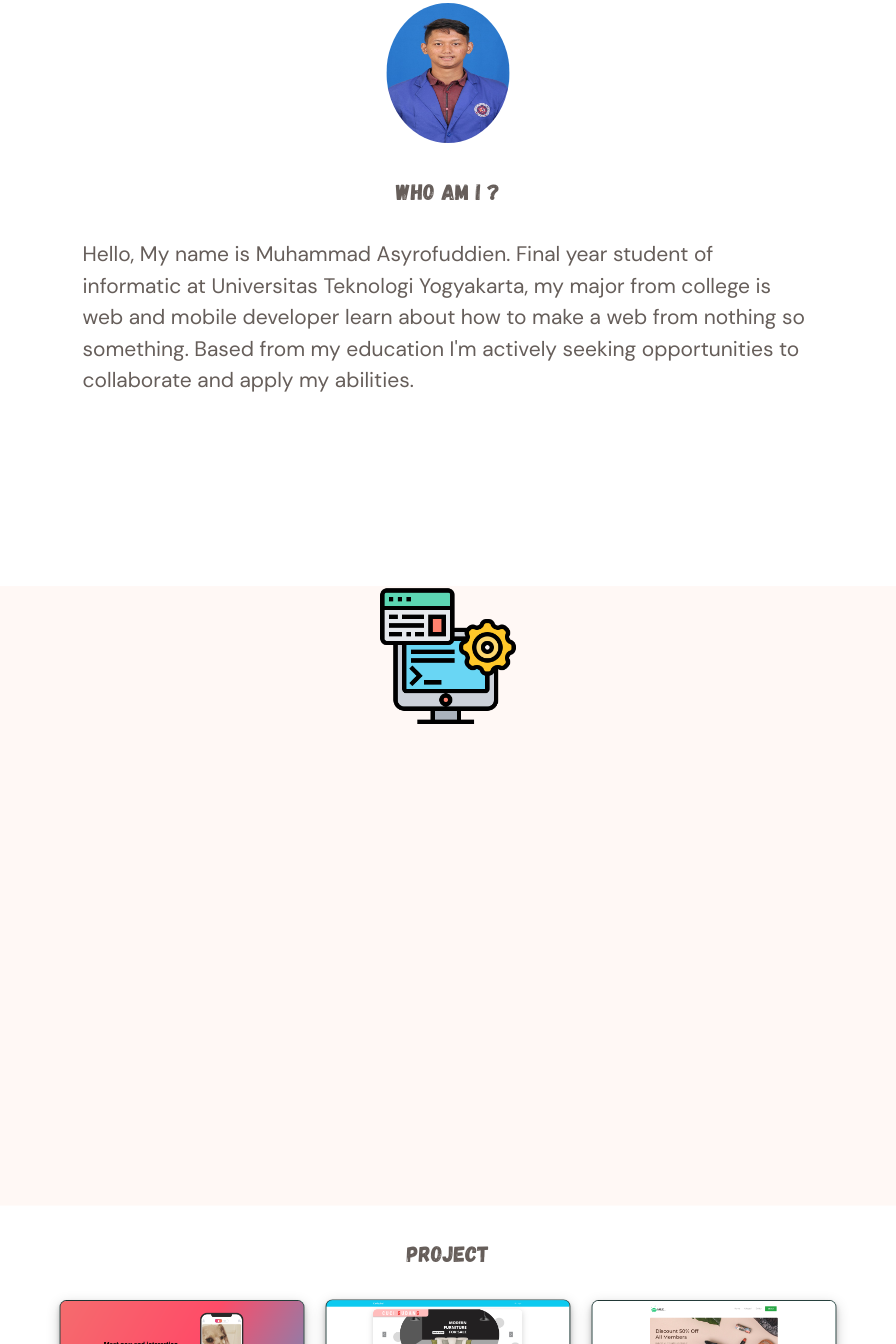
Repository: zetta-muhammad-asyrofuddien/Html-Css-ZettaCAmp
Page: Day1/Portofolio/index.html
The author's editor kept a copy of each file at every save. The page is drawn from the files as they stood at one save, then again after the next save.
The browser window is 1280 px wide. The pictures show the part of the page from y = 976 to 2896 px (the page is 3583 px tall), at 70% of full size.

Above is the page before, as saved 2023-07-07 04:26:10.

### Day1/Portofolio/index.html
<!DOCTYPE html>
<html lang="en">
  <head>
    <meta charset="utf-8" />
    <meta name="viewport" content="width=device-width, initial-scale=1" />
    <title>Portofolio Asyrof</title>
    <link href="https://cdn.jsdelivr.net/npm/bootstrap@5.2.3/dist/css/bootstrap.min.css" rel="stylesheet" integrity="sha384-rbsA2VBKQhggwzxH7pPCaAqO46MgnOM80zW1RWuH61DGLwZJEdK2Kadq2F9CUG65" crossorigin="anonymous" />
    <link rel="stylesheet" href="https://cdn.jsdelivr.net/npm/bootstrap@4.6.2/dist/css/bootstrap.min.css" integrity="sha384-xOolHFLEh07PJGoPkLv1IbcEPTNtaed2xpHsD9ESMhqIYd0nLMwNLD69Npy4HI+N" crossorigin="anonymous" />
    <link rel="stylesheet" type="text/css" href="./syle.css" />
  </head>
  <body>
    <!-- NAVBAR -->
    <section class="N">
      <div class="container">
        <nav class="navbar navbar-expand-lg navbar-light fixed-top navbar-about">
          <div class="container-fluid">
            <button class="navbar-toggler" type="button" data-bs-toggle="collapse" data-bs-target="#navbarNav" aria-controls="navbarNav" aria-expanded="false" aria-label="Toggle navigation">
              <span class="navbar-toggler-icon"></span>
            </button>
            <div class="collapse navbar-collapse" id="navbarNav">
              <ul class="navbar-nav mx-auto">
                <li class="nav-item">
                  <a class="nav-link" aria-current="page" href="#about">A b o u t</a>
                </li>
                <li class="nav-item">
                  <a class="nav-link" href="#skill">S K I L L S</a>
                </li>
                <li class="nav-item">
                  <a class="nav-link" href="#project">P r o j e c t</a>
                </li>
                <li class="nav-item">
                  <a class="nav-link" href="#">C o n t a c t</a>
                </li>
              </ul>
            </div>
          </div>
        </nav>
      </div>
    </section>

    <!-- Akhir Navbar -->

    <!-- Jumbotron -->
    <div class="jumbotron jumbotron-fluid text-align-center">
      <div class="container">
        <h1 class="display-3 nama">I'm Asyrofuddien</h1>
        <p class="lead job">Web Developer & UI/UX Desainer.</p>
        <a class="btn btn-primary see" href="#about">YOU CAN SEE ME</a>
      </div>
    </div>
    <!-- Akhir Jumbotron -->

    <!-- About -->
    <section id="about">
      <div class="container mb-5 py-auto about">
        <div class="d-flex align-items-center about-kanan text-center">
          <div class="row align-items-center">
            <img class="foto" src="./asset/img/foto.jpeg" alt="" />
            <h2 class="mb-5" style="color: #665e5a">WHO AM I ?</h2>
            <p class="deskripsi-saya px-5 text-left">
              Hello, My name is Muhammad Asyrofuddien. Final year student of informatic at Universitas Teknologi Yogyakarta, my major from college is web and mobile developer learn about how to make a web from nothing so something. Based
              from my education I'm actively seeking opportunities to collaborate and apply my abilities.
            </p>
          </div>
        </div>
      </div>
    </section>
    <!-- Akhir About -->
    <!-- Skill -->
    <section class="skill" id="skill">
      <div class="container d-flex justify-content-center mt-5">
        <img src="./asset/img/skill.png" alt="" width="200px" height="200px" />
      </div>
    </section>
    <!-- Akhir Skill -->
    <!-- Project -->
    <section class="project" id="project">
      <h2 class="text-center pt-5">Project</h2>
      <div class="container mt-5">
        <div class="row">
          <div class="col-4 d-flex align-items-center">
            <div class="card text-bg-dark" style="height: auto">
              <a href="https://asyrofuddien.github.io/capstone-ThinDog/">
                <span class="circle"></span>
                <img src="./asset/img/thindog.png" class="card-img" alt="..." />
                <div class="card-img-overlay text-center d-flex align-items-center">
                  <p class="card-text">Capstone Project Form Udemy</p>
                </div>
              </a>
            </div>
          </div>
          <div class="col-4 d-flex align-items-center">
            <div class="card text-bg-dark" style="height: auto">
              <a href="http://127.0.0.1:8000">
                <span class="circle"></span>
                <img src="./asset/img/Kameubel1.png" class="card-img" alt="..." />
                <div class="card-img-overlay text-center d-flex align-items-center">
                  <p class="card-text">K A M E U B E L (Seminar Tematik)</p>
                </div>
              </a>
            </div>
          </div>
          <div class="col-4 d-flex align-items-center">
            <div class="card text-bg-dark" style="height: auto">
              <a href="http://127.0.0.1:8000">
                <span class="circle"></span>
                <img src="./asset/img/kameubel2.png" class="card-img" alt="..." />
                <div class="card-img-overlay text-center d-flex align-items-center">
                  <p class="card-text">K A M E U B E L (Tugas Akhir)</p>
                </div>
              </a>
            </div>
          </div>
        </div>
        <div class="row mt-5">
          <div class="col-4 d-flex align-items-center"></div>
          <div class="col-4 d-flex align-items-center">
            <div class="card text-bg-dark" style="height: auto">
              <a href="https://asyrofuddien.github.io/capstone-ThinDog/"><span class="circle"></span></a>
              <span class="commingsoon text-center">...</span>
              <div class="card-img-overlay text-center d-flex align-items-center">
                <p class="card-text">COMING SOON</p>
              </div>
            </div>
          </div>
          <div class="col-4 d-flex align-items-center"></div>
        </div>
      </div>
    </section>
    <!-- Akhir Project -->
    <script src="https://cdn.jsdelivr.net/npm/@popperjs/core@2.11.6/dist/umd/popper.min.js" integrity="sha384-oBqDVmMz9ATKxIep9tiCxS/Z9fNfEXiDAYTujMAeBAsjFuCZSmKbSSUnQlmh/jp3" crossorigin="anonymous"></script>
    <script src="https://cdn.jsdelivr.net/npm/bootstrap@5.2.3/dist/js/bootstrap.min.js" integrity="sha384-cuYeSxntonz0PPNlHhBs68uyIAVpIIOZZ5JqeqvYYIcEL727kskC66kF92t6Xl2V" crossorigin="anonymous"></script>
  </body>
</html>
<script>
  // Menangani peristiwa klik pada menu navbar
  document.addEventListener('DOMContentLoaded', function () {
    const navLinks = document.querySelectorAll('.navbar-nav .nav-link');

    navLinks.forEach(function (navLink) {
      navLink.addEventListener('click', function (event) {
        event.preventDefault();

        const targetId = this.getAttribute('href'); // Mendapatkan ID target dari atribut href
        const targetSection = document.querySelector(targetId); // Mendapatkan elemen target dengan ID yang sesuai

        if (targetSection) {
          // Menggulirkan halaman ke bagian yang sesuai dengan animasi smooth scroll
          window.scrollTo({
            top: targetSection.offsetTop,
            behavior: 'smooth',
          });
        }
      });
    });
  });
  document.addEventListener('DOMContentLoaded', function () {
    const navbar = document.querySelector('.navbar');
    const aboutSection = document.querySelector('#about');
    const aboutSectionTop = aboutSection.offsetTop;

    function handleScroll() {
      if (window.pageYOffset >= aboutSectionTop) {
        navbar.classList.add('navbar-about');
      } else {
        navbar.classList.remove('navbar-about');
      }
    }

    window.addEventListener('scroll', handleScroll);
  });
</script>

### Day1/Portofolio/syle.css
@font-face {
  font-family: Gagalin;
  src: url(./asset/font/Gagalin-Regular.otf);
}
@font-face {
  font-family: Shrikhand;
  src: url(./asset/font/Shrikhand-Regular.ttf);
}
@font-face {
  font-family: dmSans;
  src: url(./asset/font/DMSans-Regular.ttf);
}
/* UMUM */
.navbar-about {
  background-color: #cf9378 !important;
  margin-bottom: 0;
  box-shadow: 0 4px 8px 0 rgba(0, 0, 0, 0.2), 0 6px 20px 0 rgba(0, 0, 0, 0.19);
  transition: background-color 0.3s ease;
  border-radius: 0 0 20px 20px;
}

.navbar-brand {
  font-family: Gagalin;
}
.navbar {
  border: none;
}
.nav-link {
  font-family: Gagalin;
  color: white;
  margin-right: 20px;
}

.jumbotron {
  background-image: url(./asset/img/wave.svg);
  background-size: cover;
  height: 885px;
  margin-top: -5px;
  margin-bottom: 0;
  border: none;
  text-align: center;
  box-shadow: 0 4px 8px 0 rgba(0, 0, 0, 0.2), 0 6px 20px 0 rgba(0, 0, 0, 0.19);
}

.nama {
  font-family: Shrikhand;
  color: white;
  text-align: center;
  margin-top: 150px;
  text-shadow: 2px 2px #fcca87;
}

.job {
  font-family: Shrikhand;
  color: #665e5a;
  text-align: center;
}
.see {
  background-color: #f89f7b;
  border-color: white;
  color: #fcca87;
  font-family: Shrikhand;
}
.see:hover {
  background-color: #665e5a;
  border-color: #fcca87;
}
h2.about {
  font-family: Gagalin;
}
section.who {
  background-color: #fff9f7;
  margin-top: 0%;
}
.about {
  height: 885px;
}
.about-kiri {
  border-radius: 0 10% 10% 0;
  text-shadow: 2px 2px #fcca87;
}
.about-kanan {
  font-family: Gagalin;
  text-align: center;
}
.deskripsi-saya {
  font-family: dmSans;
  font-size: 30px;
  margin-right: 20px;
  color: #665e5a;
}
.nav-link:hover::after {
  content: '';
  display: block;
  border-bottom: 3px solid #fcca87;
  width: 50%;
  margin: auto;
}
.foto {
  border-radius: 50%;
  height: 200px;
  width: 200px;
  align-items: center;
  margin: 0 auto;
  margin-top: 100px;
  margin-bottom: 50px;
}
.project {
  height: 885px;
}
.skill {
  background-color: #fff8f5;
  height: 885px;
}
.skill h2 {
  font-family: Gagalin;
  color: #665e5a;
}
.project h2 {
  font-family: Gagalin;
  color: #665e5a;
}
.card {
  height: 200px;
  width: 350px;
  background-image: linear-gradient(to right top, #1d3634, #2c514c);
  border-radius: 10px;
  overflow: hidden;
  position: relative;
  cursor: pointer;
  box-shadow: 0 4px 8px 0 rgba(0, 0, 0, 0.2), 0 6px 20px 0 rgba(0, 0, 0, 0.19);
}

.card .circle {
  position: absolute;
  height: 0;
  width: 0;
  background-color: #000000;
  opacity: 0.5;
  top: -60px;
  right: -60px;
  transition: all 0.5s;
}

.card:hover {
  transform: scale(1.1);
  transition: all 0.5s;
}
.card:hover .circle {
  height: 300px;
  width: 450px;
}
.card-img-overlay {
  opacity: 0;
  color: #ffffff;
  font-family: Shrikhand;
}
.card-img-overlay:hover {
  opacity: 100%;
  transition: all 0.5s;
}
.commingsoon {
  height: 200px;
}
/* DESKTOP VERSION */
@media (min-width: 992px) {
  /* Navbar */
}

### Day1/Portofolio/asset/img/wave.svg
<svg xmlns="http://www.w3.org/2000/svg" xmlns:xlink="http://www.w3.org/1999/xlink" width="1700" zoomAndPan="magnify" viewBox="0 0 1350 576" height="768" preserveAspectRatio="xMidYMid meet" version="1.0"><defs><clipPath id="88280995c8"><path d="M 0 269.25 L 1350 269.25 L 1350 576 L 0 576 Z M 0 269.25 " clip-rule="nonzero"/></clipPath></defs><rect x="-135" width="1620" fill="#ffffff" y="-57.6" height="691.2" fill-opacity="1"/><rect x="-135" width="1620" fill="#ffffff" y="-57.6" height="691.2" fill-opacity="1"/><rect x="-135" width="1620" fill="#cf9378" y="-57.6" height="691.2" fill-opacity="1"/><g clip-path="url(#88280995c8)"><path fill="#f89f7b" d="M 1413.945312 766.777344 L 1413.945312 429.453125 C 1392.21875 457.429688 1362.003906 480.527344 1328.867188 472.859375 C 1310.898438 468.695312 1296.257812 455.992188 1282.980469 443.210938 C 1245.734375 407.332031 1212.539062 367.136719 1172.433594 334.488281 C 1132.328125 301.84375 1083.167969 276.609375 1031.457031 277.875 C 979.046875 279.15625 931.078125 307.195312 889.472656 339.082031 C 847.867188 370.96875 809.414062 407.820312 762.789062 431.769531 C 700.933594 463.539062 626.5625 470.058594 560.113281 449.53125 C 452.628906 416.339844 374.265625 319.257812 267.050781 285.226562 C 230.175781 273.535156 191.179688 269.78125 152.492188 269.9375 C 121.945312 270.050781 90.679688 272.757812 62.820312 285.265625 C 29.9375 300.035156 4.472656 327.175781 -25.199219 347.640625 C -36.84375 355.675781 -50.003906 362.664062 -63.632812 367.253906 L -63.632812 766.796875 L 1413.945312 766.796875 Z M 1413.945312 766.777344 " fill-opacity="1" fill-rule="nonzero"/></g><path fill="#fcca87" d="M 1287.496094 584.535156 C 1259.617188 597.046875 1228.367188 599.75 1197.820312 599.867188 C 1159.136719 600.023438 1120.140625 596.289062 1083.265625 584.574219 C 976.050781 550.546875 897.6875 453.460938 790.199219 420.269531 C 723.753906 399.746094 649.378906 406.28125 587.527344 438.035156 C 540.898438 461.984375 502.449219 498.832031 460.84375 530.722656 C 419.238281 562.609375 371.265625 590.644531 318.855469 591.929688 C 267.144531 593.195312 217.988281 567.980469 177.882812 535.3125 C 137.773438 502.667969 104.582031 462.46875 67.335938 426.59375 C 54.058594 413.792969 39.417969 401.085938 21.449219 396.945312 C -11.6875 389.277344 -41.902344 412.371094 -63.632812 440.347656 L -63.632812 766.777344 L 1413.925781 766.777344 L 1413.925781 502.570312 C 1400.296875 507.160156 1387.136719 514.144531 1375.496094 522.179688 C 1345.84375 542.648438 1320.378906 569.769531 1287.496094 584.535156 Z M 1287.496094 584.535156 " fill-opacity="1" fill-rule="nonzero"/></svg>

After the next save:
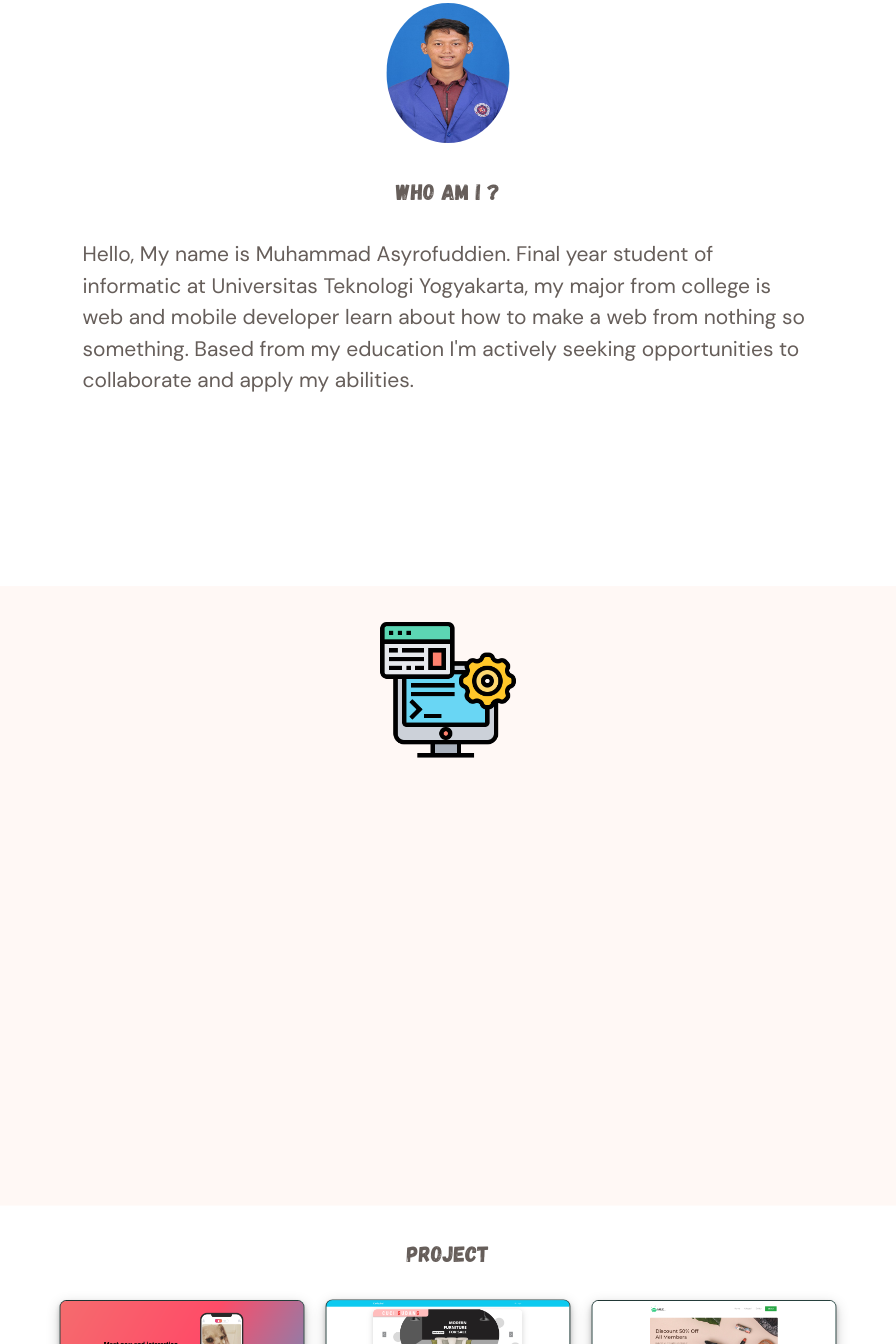
Saved 18 s later.
--- a/Day1/Portofolio/index.html
+++ b/Day1/Portofolio/index.html
@@ -68,8 +68,8 @@
     <!-- Akhir About -->
     <!-- Skill -->
     <section class="skill" id="skill">
-      <div class="container d-flex justify-content-center mt-5">
-        <img src="./asset/img/skill.png" alt="" width="200px" height="200px" />
+      <div class="container d-flex justify-content-center">
+        <img class="mt-5" src="./asset/img/skill.png" alt="" width="200px" height="200px" />
       </div>
     </section>
     <!-- Akhir Skill -->
